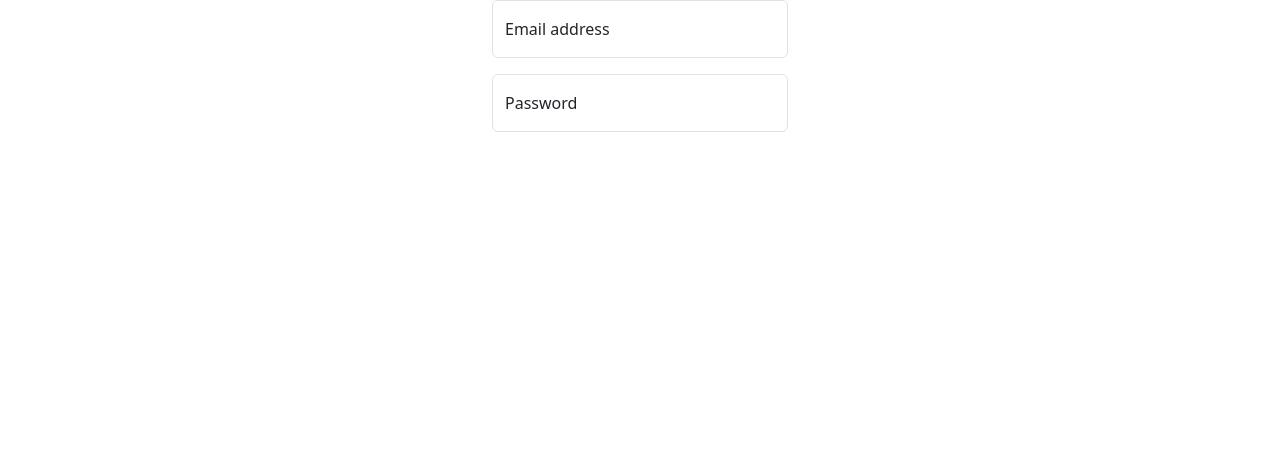
Repository: jaevoy2/lara_demo
Page: http://localhost/
These files come from the project's save history. The page is drawn as it stood at one moment and after the next save; the edit follows.
The browser window is 1280 px wide. The pictures show the whole page.
The page is served by the project's Laravel application, run on PHP 8.4 with Laravel 12.

Above is the page before, as saved 2026-07-06 22:46:28.

After the next save:
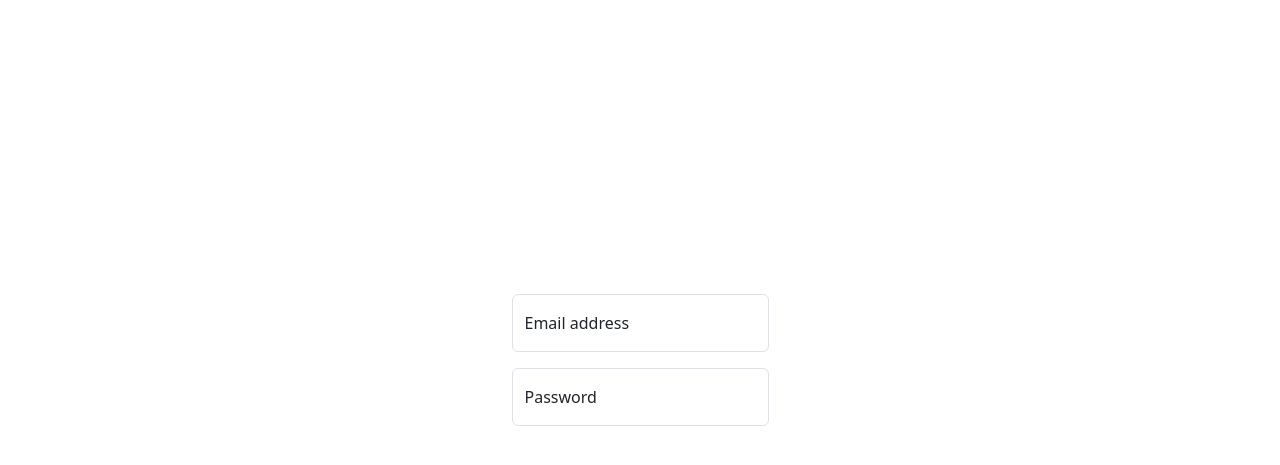
Saved 12 s later.
--- a/resources/views/login.blade.php
+++ b/resources/views/login.blade.php
@@ -2,7 +2,7 @@
 
 @section('content')
 
-    <div class="container d-flex flex-column justify-content-center col-3 pt-8">
+    <div class="container d-flex flex-column justify-content-center col-3 align-items-center vh-100">
         <div class="form-floating mb-3">
             <input type="email" class="form-control" id="floatingInput" placeholder="name@example.com">
                 <label for="floatingInput">Email address</label>
